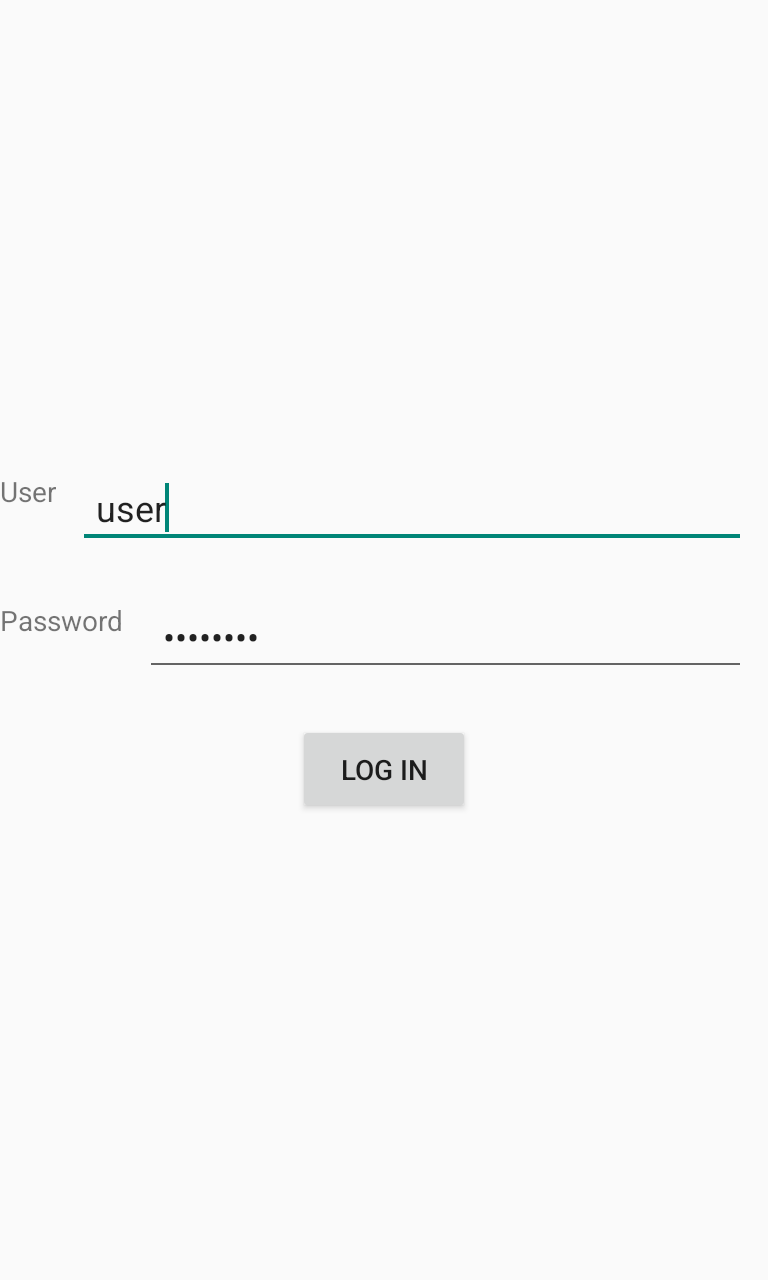
Repository: mgorski-mg/FunsCounter
Layout: FunsCounter/res/layout/login_fragment.xml
The author's editor kept a copy of each file at every save. The layout is drawn from the files as they stood at one save, then again after the next save.
It is drawn on a 768 x 1280 px phone screen (xhdpi) without system bars, with theme AppTheme; the app's code is not run.

Above is the layout before, as saved 2014-02-10 18:20:14.

After the next save:
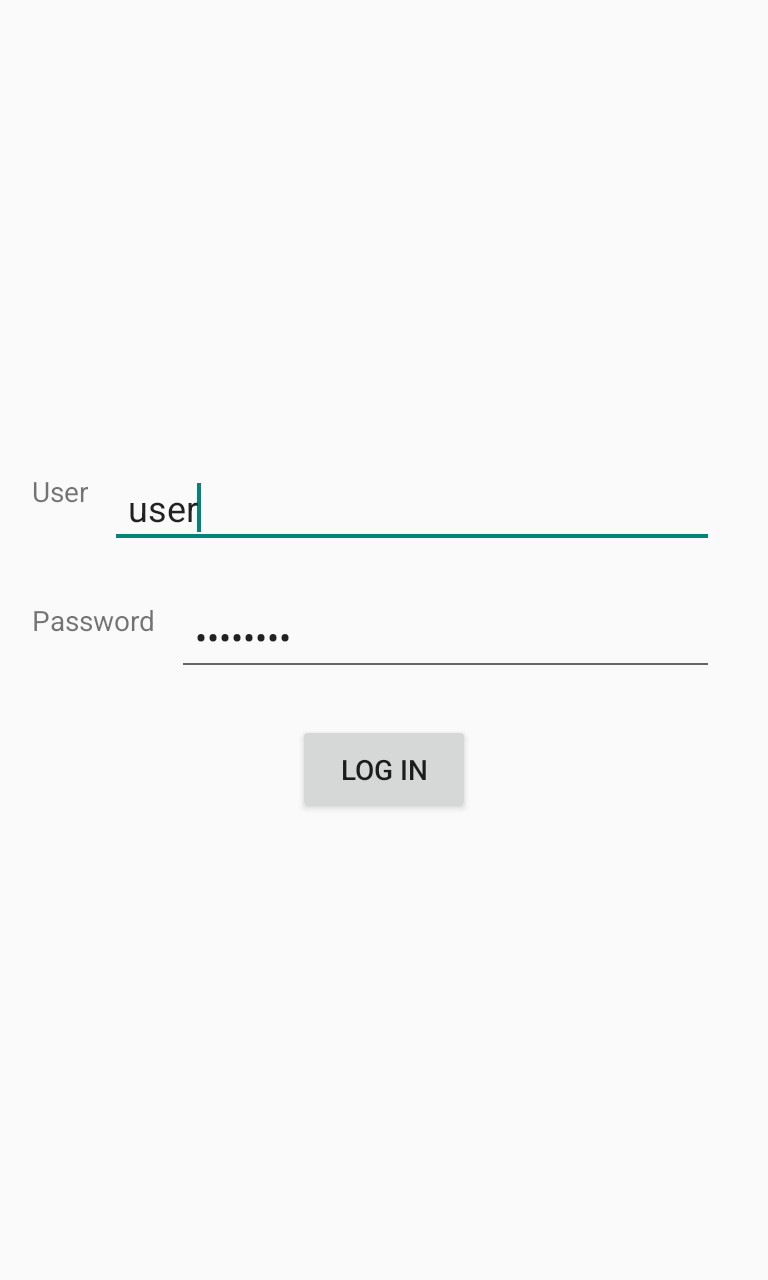
Saved 17 s later.
--- a/FunsCounter/res/layout/login_fragment.xml
+++ b/FunsCounter/res/layout/login_fragment.xml
@@ -2,7 +2,8 @@
     android:layout_width="fill_parent"
     android:layout_height="fill_parent"
     android:gravity="center"
-    android:orientation="vertical" >
+    android:orientation="vertical"
+    android:padding="@dimen/activity_padding" >
 
     <LinearLayout
         android:layout_width="fill_parent"
